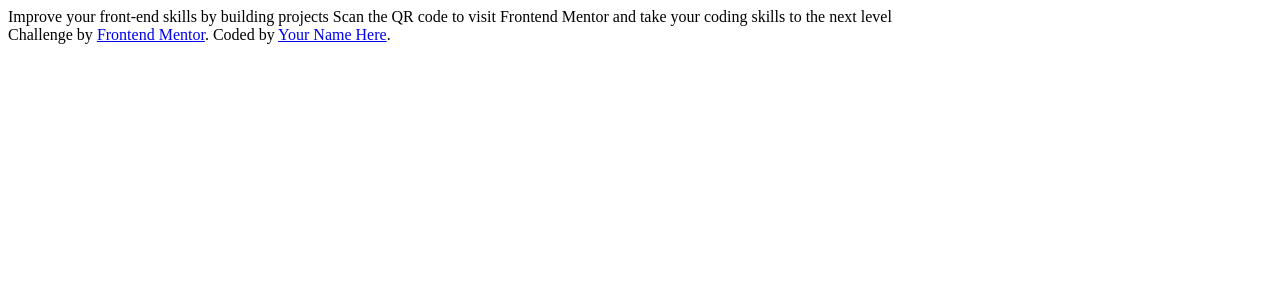
Repository: KamoliddinGIT/qr-code-component
Page: index.html
These files come from the project's save history. The page is drawn as it stood at one moment and after the next save; the edit follows.
The browser window is 1280 px wide. The pictures show the whole page.

Above is the page before, as saved 2023-09-12 14:51:00.

After the next save:
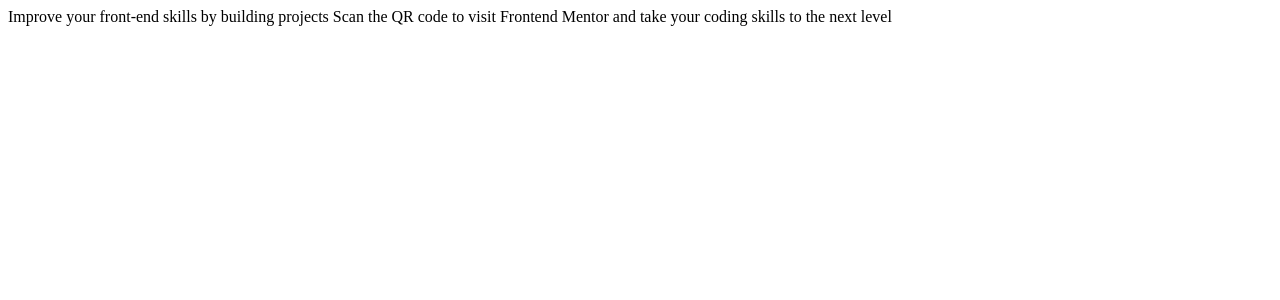
Saved 19 s later.
--- a/index.html
+++ b/index.html
@@ -14,12 +14,5 @@
   <body>
     Improve your front-end skills by building projects Scan the QR code to visit
     Frontend Mentor and take your coding skills to the next level
-
-    <div class="attribution">
-      Challenge by
-      <a href="https://www.frontendmentor.io?ref=challenge" target="_blank"
-        >Frontend Mentor</a
-      >. Coded by <a href="#">Your Name Here</a>.
-    </div>
   </body>
 </html>
